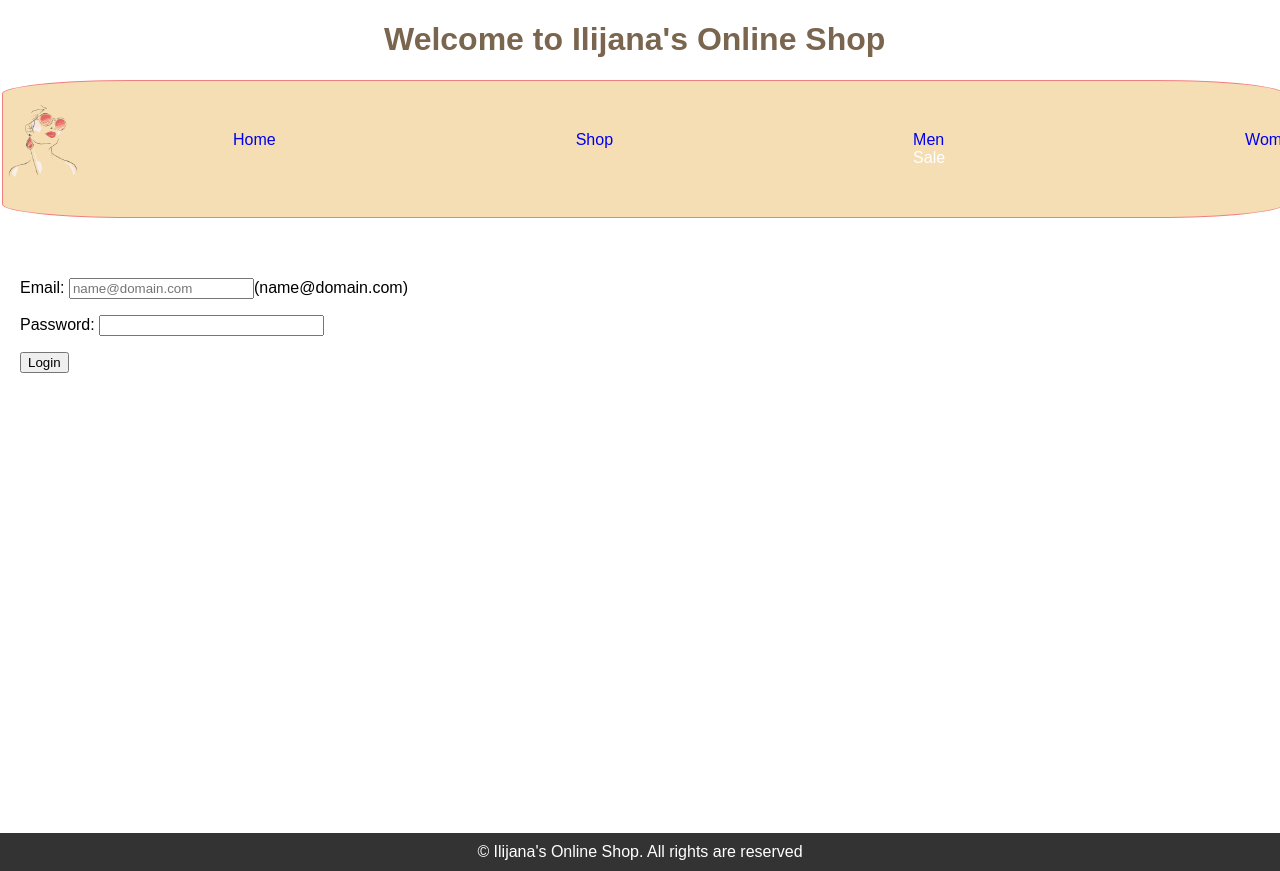
Repository: ilijana123/Proekt1
Page: html.html
These files come from the project's save history. The page is drawn as it stood at one moment and after the next save; the edit follows.
The browser window is 1280 px wide. The pictures show the whole page.

Above is the page before, as saved 2023-11-13 01:57:35.

After the next save:
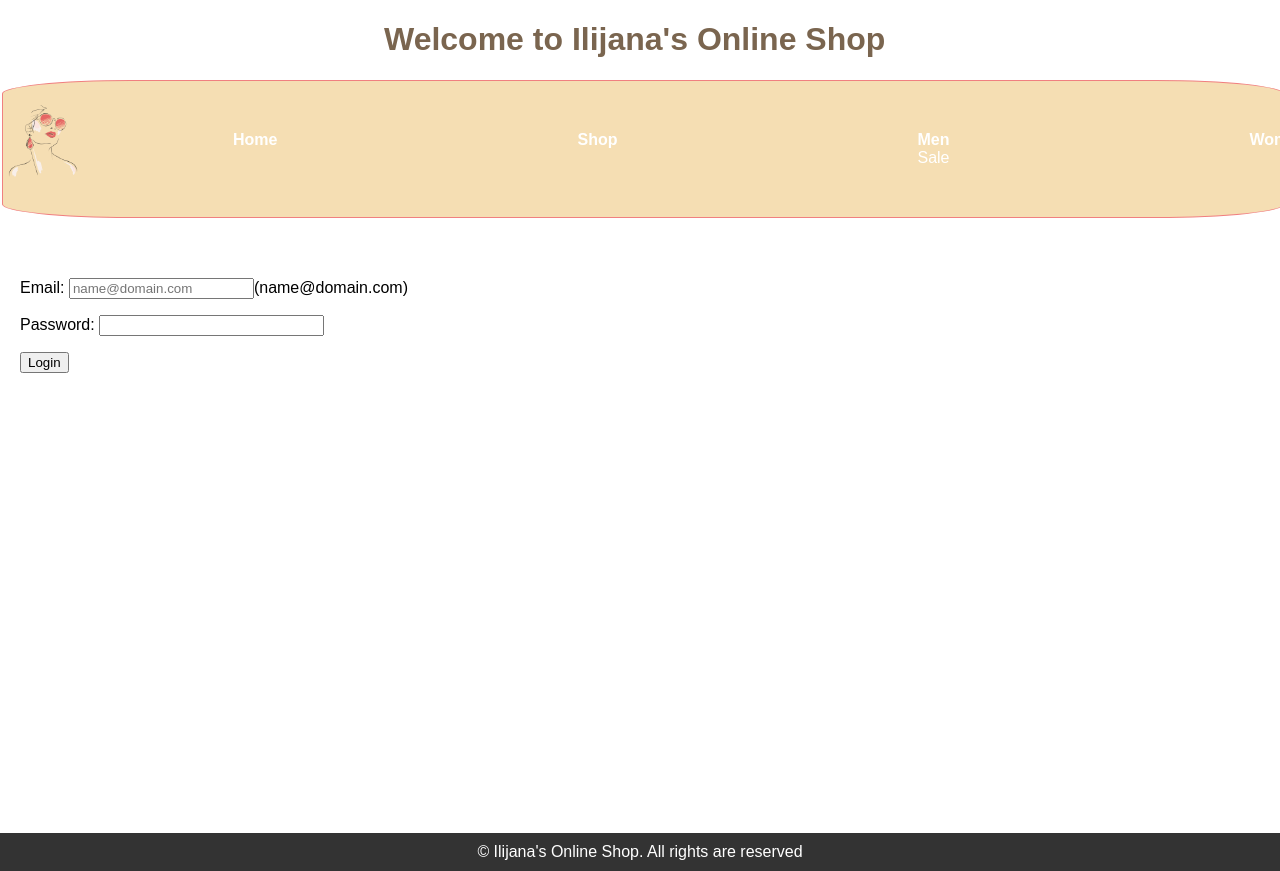
Saved 20 s later.
--- a/1.css
+++ b/1.css
@@ -53,7 +53,8 @@ h1  {
     nav a
     {
         text-decoration:solid;
-        color: wheat
+        color: white;
+        text-shadow: #555;
         font-weight: bold;
 
 
